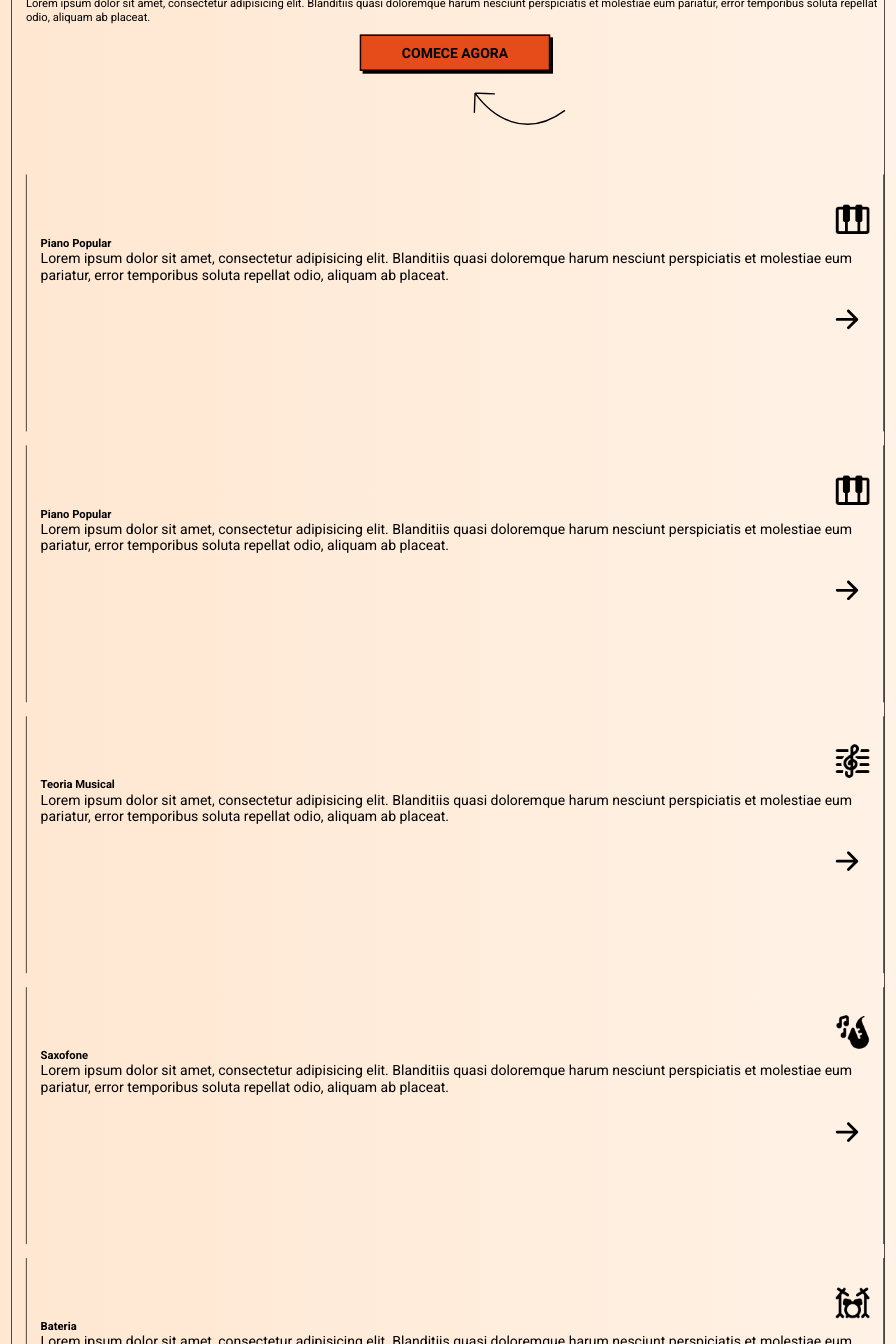
Repository: guilhermecardoso93/obebitecode
Page: index.html
An editor plug-in stored every save of this project. The page is shown before and after the next save, followed by the edit.
The browser window is 1280 px wide. The pictures show the part of the page from y = 1115 to 3035 px (the page is 3831 px tall), at 70% of full size.

Above is the page before, as saved 2023-08-16 20:29:19.

After the next save:
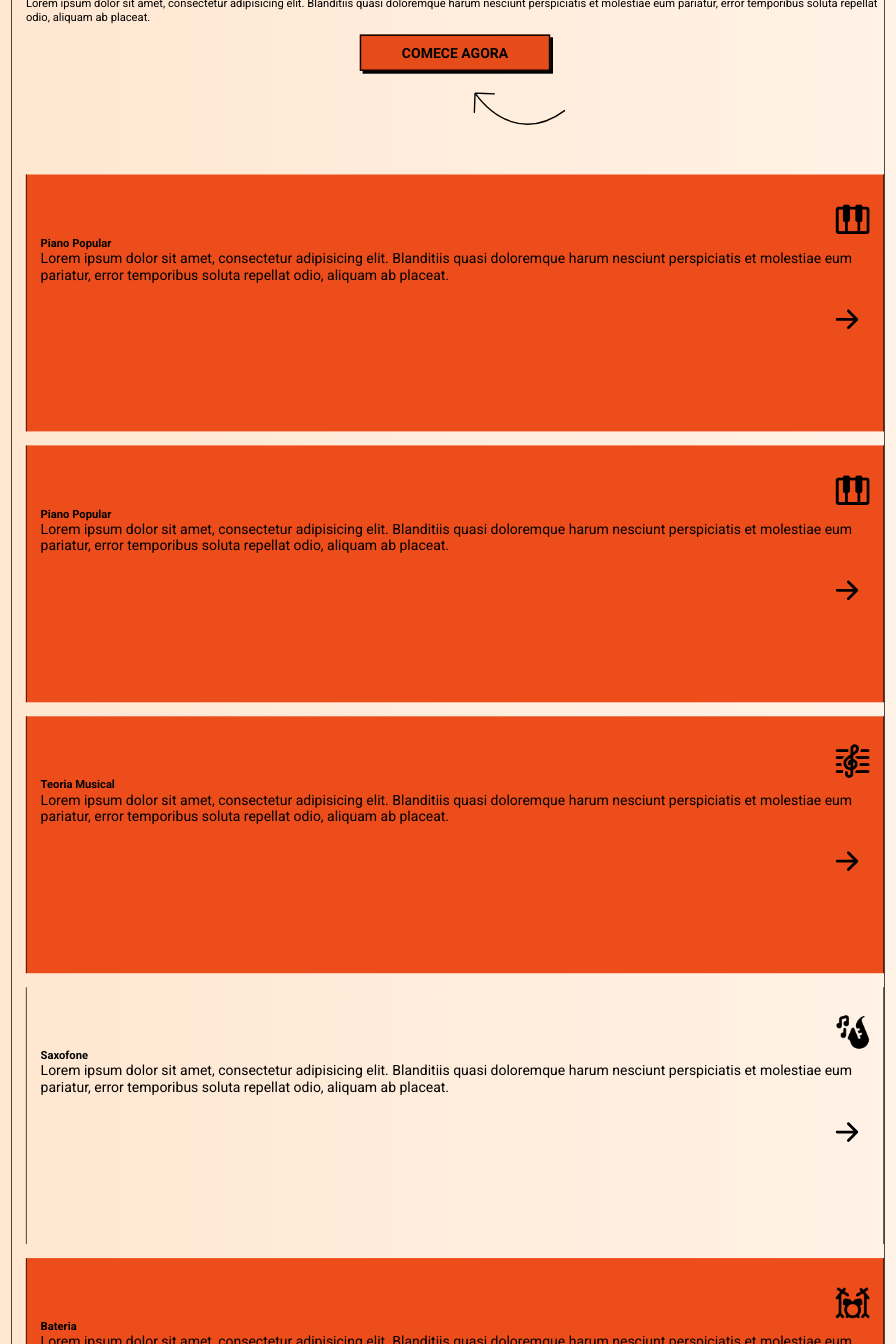
Saved 29 s later.
--- a/index.html
+++ b/index.html
@@ -40,7 +40,7 @@
       </section>
       <section class="hero-section">
         <div class="cards">
-          <article class="courses-section">
+          <article class="courses-section card">
             <img src="./assets/piano.png" alt="ícone de tecla de piano" />
             <strong>Piano Popular</strong>
             <p>
@@ -55,7 +55,7 @@
                 alt="svg de seta para direita" />
             </a>
           </article>
-          <article class="courses-section">
+          <article class="courses-section card">
             <img src="./assets/piano.png" alt="ícone de tecla de piano" />
             <strong>Piano Popular</strong>
             <p>
@@ -70,7 +70,7 @@
                 alt="svg de seta para direita" />
             </a>
           </article>
-          <article class="courses-section">
+          <article class="courses-section card">
             <img src="./assets/clef.png" alt="Icone de clave de sol" />
             <strong>Teoria Musical</strong>
             <p>
@@ -100,7 +100,7 @@
                 alt="svg de seta para direita" />
             </a>
           </article>
-          <article class="courses-section">
+          <article class="courses-section card">
             <img src="./assets/drums.png" alt="Ícone de bateria" />
             <strong>Bateria</strong>
             <p>
